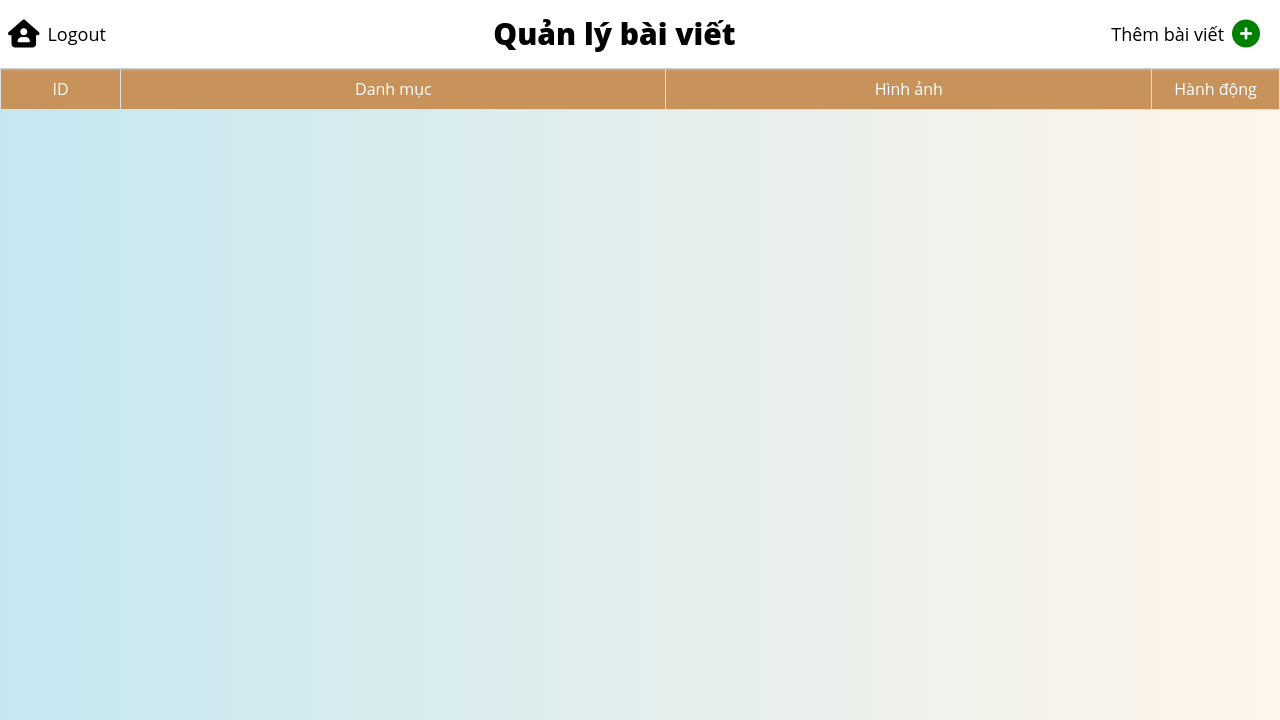
Repository: ThangNguyenT5/phpDavang
Page: http://localhost/admin/admin.php
An editor plug-in stored every save of this project. The page is shown before and after the next save, followed by the edit.
The browser window is 1280 px wide. The pictures show the whole page.
Some web libraries are served in a nearby version. The page is run by PHP 8.4 with error messages shown; the project is at /var/www/html/. Queries for data that is not in the repository find no rows.

Above is the page before, as saved 2023-06-24 13:27:18.

After the next save:
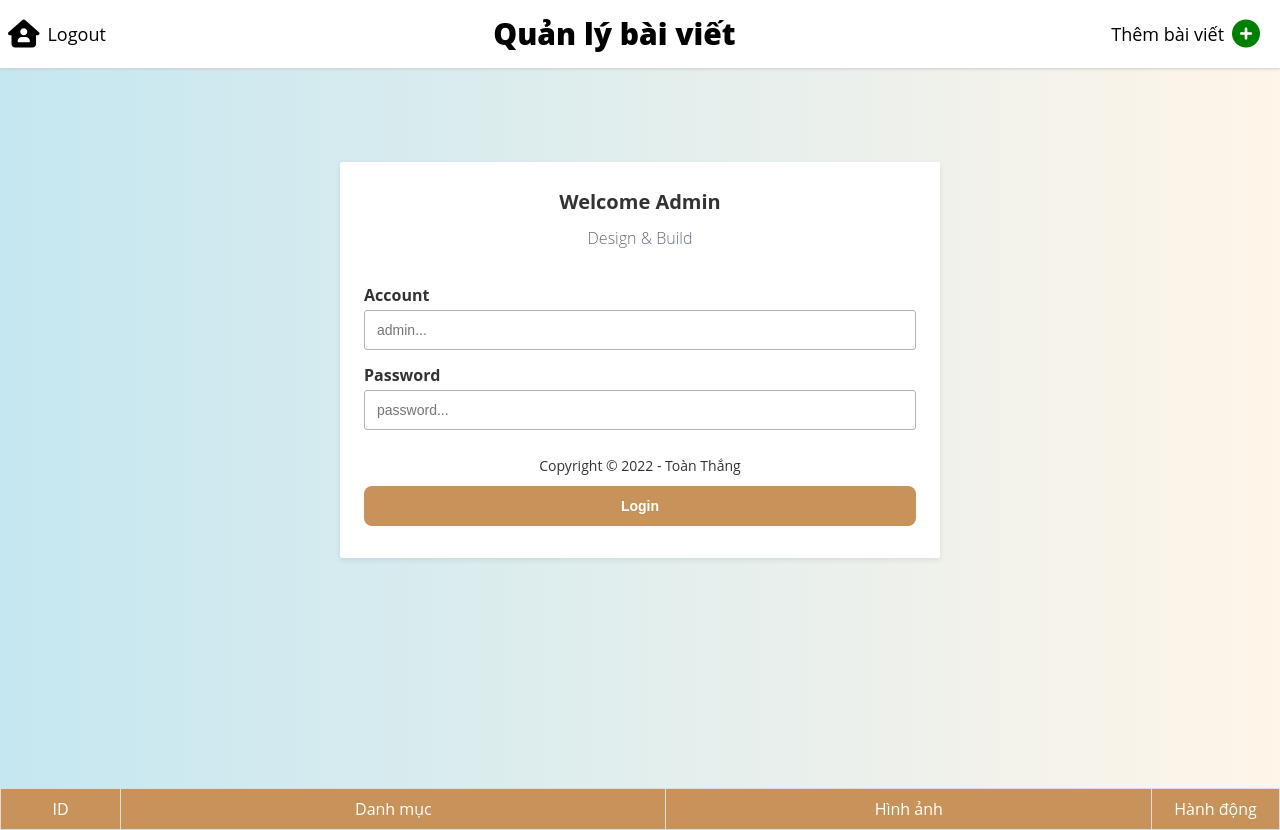
Saved 26 min 31 s later.
--- a/admin/admin.php
+++ b/admin/admin.php
@@ -1,4 +1,5 @@
 <?php
+    require("./login.php");
     require("../connect_db.php");
     $sql = "SELECT * FROM `product`";
     $query = mysqli_query($conn,$sql);

After the save that followed:
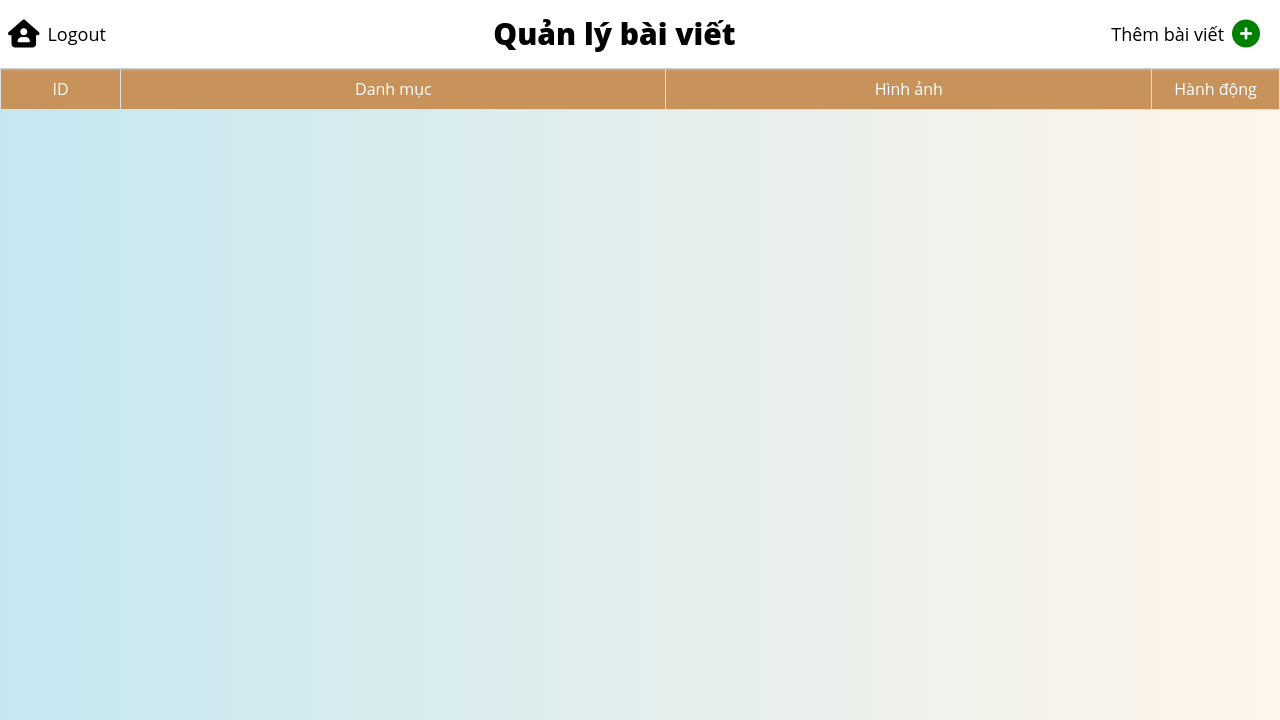
Saved 90 s later.
--- a/admin/admin.php
+++ b/admin/admin.php
@@ -1,5 +1,4 @@
 <?php
-    require("./login.php");
     require("../connect_db.php");
     $sql = "SELECT * FROM `product`";
     $query = mysqli_query($conn,$sql);
